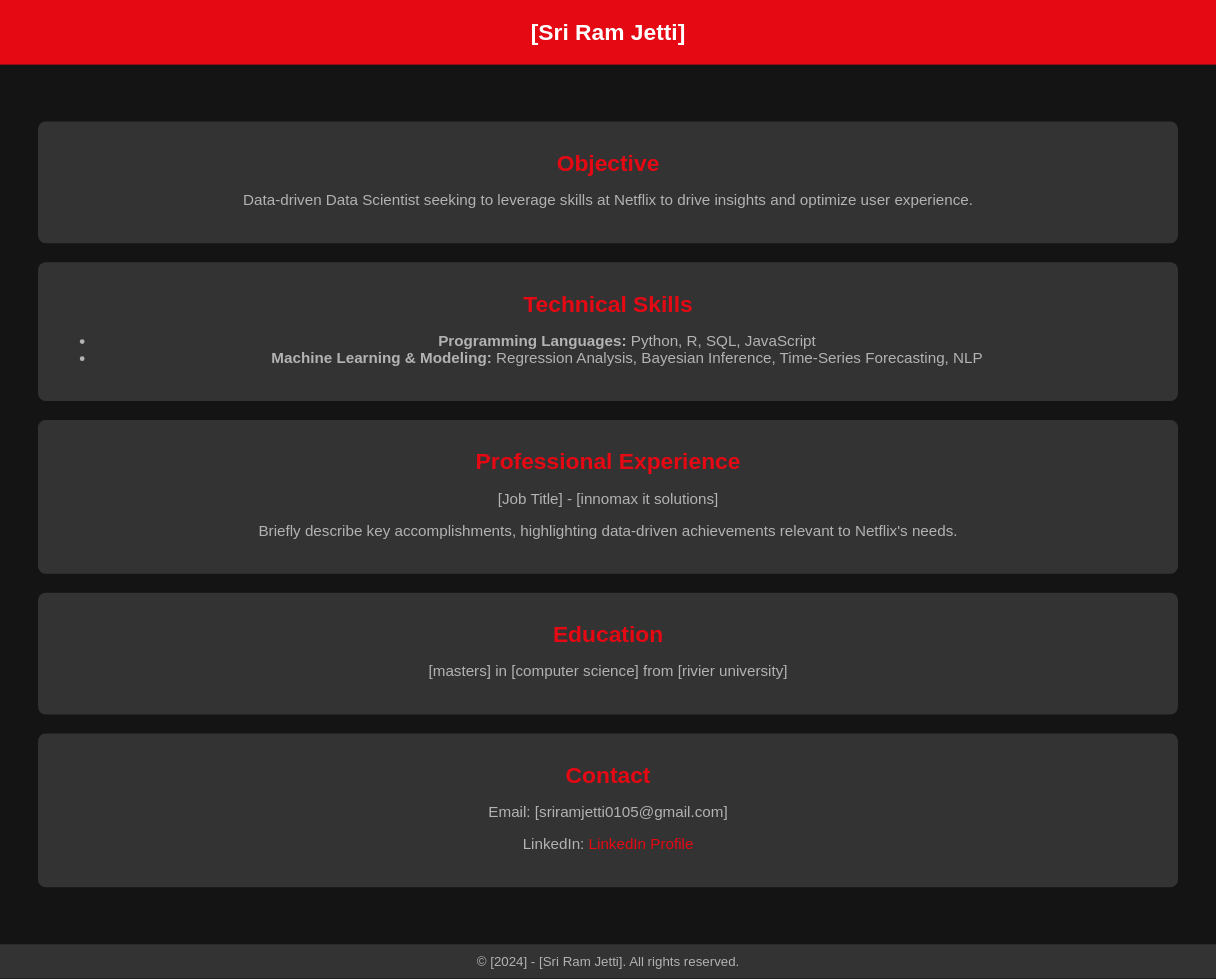
Repository: sjetti5555/GenAi
Page: http://localhost/
The author's editor kept a copy of each file at every save. The page is drawn from the files as they stood at one save, then again after the next save.
The browser window is 1280 px wide. The pictures show the whole page, at 95% of full size.
The page is served by the project's application, run on Flask 3 (Training/resume_app.py).

Above is the page before, as saved 2024-10-30 08:45:38.

### Training/resume_app.py
from flask import Flask, render_template_string

app = Flask(__name__)

@app.route('/')
def resume():
    # HTML & CSS Template mimicking Netflix main page styling
    html_template = '''
    <!DOCTYPE html>
    <html lang="en">
    <head>
        <meta charset="UTF-8">
        <meta name="viewport" content="width=device-width, initial-scale=1.0">
        <title>Resume - [Sri Ram Jetti]</title>
        <style>
            body {
                font-family: Arial, sans-serif;
                margin: 0;
                background-color: #141414;
                color: #ffffff;
                text-align: center;
            }
            .header {
                background-color: #e50914;
                padding: 20px;
                font-size: 24px;
                font-weight: bold;
            }
            .content {
                padding: 40px;
            }
            .section {
                margin: 20px 0;
                padding: 20px;
                background: #333;
                border-radius: 8px;
            }
            h1, h2, h3 {
                margin: 10px;
                color: #e50914;
            }
            p, li {
                color: #b3b3b3;
                font-size: 16px;
            }
            .footer {
                background-color: #333;
                padding: 10px;
                font-size: 14px;
                color: #b3b3b3;
            }
            a {
                color: #e50914;
                text-decoration: none;
            }
        </style>
    </head>
    <body>
        <div class="header">[Sri Ram Jetti]</div>

        <div class="content">
            <div class="section">
                <h2>Objective</h2>
                <p>Data-driven Data Scientist seeking to leverage skills at Netflix to drive insights and optimize user experience.</p>
            </div>

            <div class="section">
                <h2>Technical Skills</h2>
                <ul>
                    <li><strong>Programming Languages:</strong> Python, R, SQL, JavaScript</li>
                    <li><strong>Machine Learning & Modeling:</strong> Regression Analysis, Bayesian Inference, Time-Series Forecasting, NLP</li>
                </ul>
            </div>

            <div class="section">
                <h2>Professional Experience</h2>
                <p>[Job Title] - [innomax it solutions]</p>
                <p>Briefly describe key accomplishments, highlighting data-driven achievements relevant to Netflix's needs.</p>
            </div>

            <div class="section">
                <h2>Education</h2>
                <p>[masters] in [computer science] from [rivier university]</p>
            </div>

            <div class="section">
                <h2>Contact</h2>
                <p>Email: [sriramjetti0105@gmail.com]</p>
                <p>LinkedIn: <a href="[https://www.linkedin.com/in/sri-ram-j-106a68313/]">LinkedIn Profile</a></p>
            </div>
        </div>

        <div class="footer">
            &copy; [2024] - [Sri Ram Jetti]. All rights reserved.
        </div>
    </body>
    </html>
    '''
    return render_template_string(html_template)

if __name__ == '__main__':
    app.run(debug=True)

After the next save:
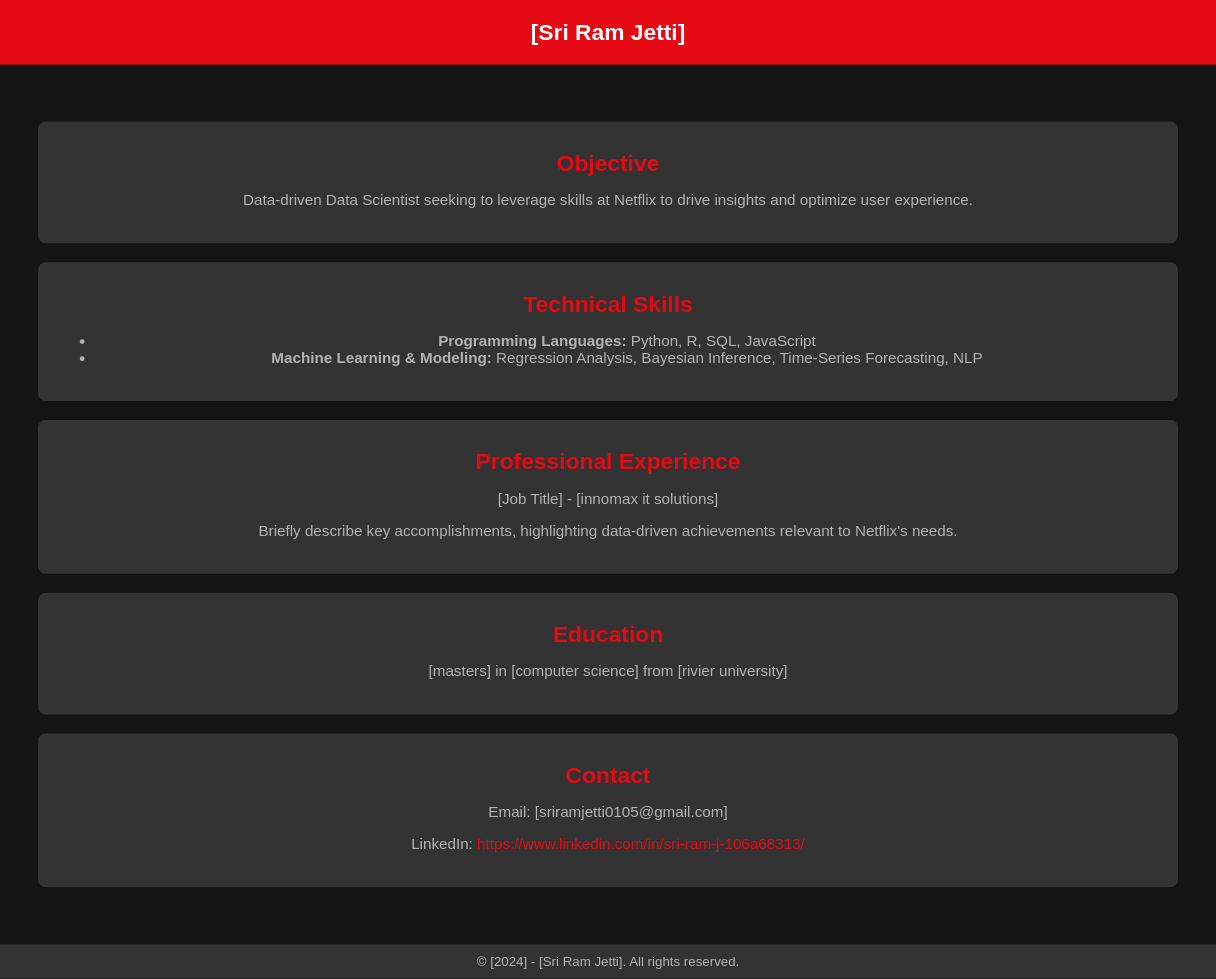
Saved 78 s later.
--- a/Training/resume_app.py
+++ b/Training/resume_app.py
@@ -86,7 +86,7 @@ def resume():
             <div class="section">
                 <h2>Contact</h2>
                 <p>Email: [sriramjetti0105@gmail.com]</p>
-                <p>LinkedIn: <a href="[https://www.linkedin.com/in/sri-ram-j-106a68313/]">LinkedIn Profile</a></p>
+                <p>LinkedIn: <a href="[https://www.linkedin.com/in/sri-ram-j-106a68313/]">https://www.linkedin.com/in/sri-ram-j-106a68313/</a></p>
             </div>
         </div>
 
